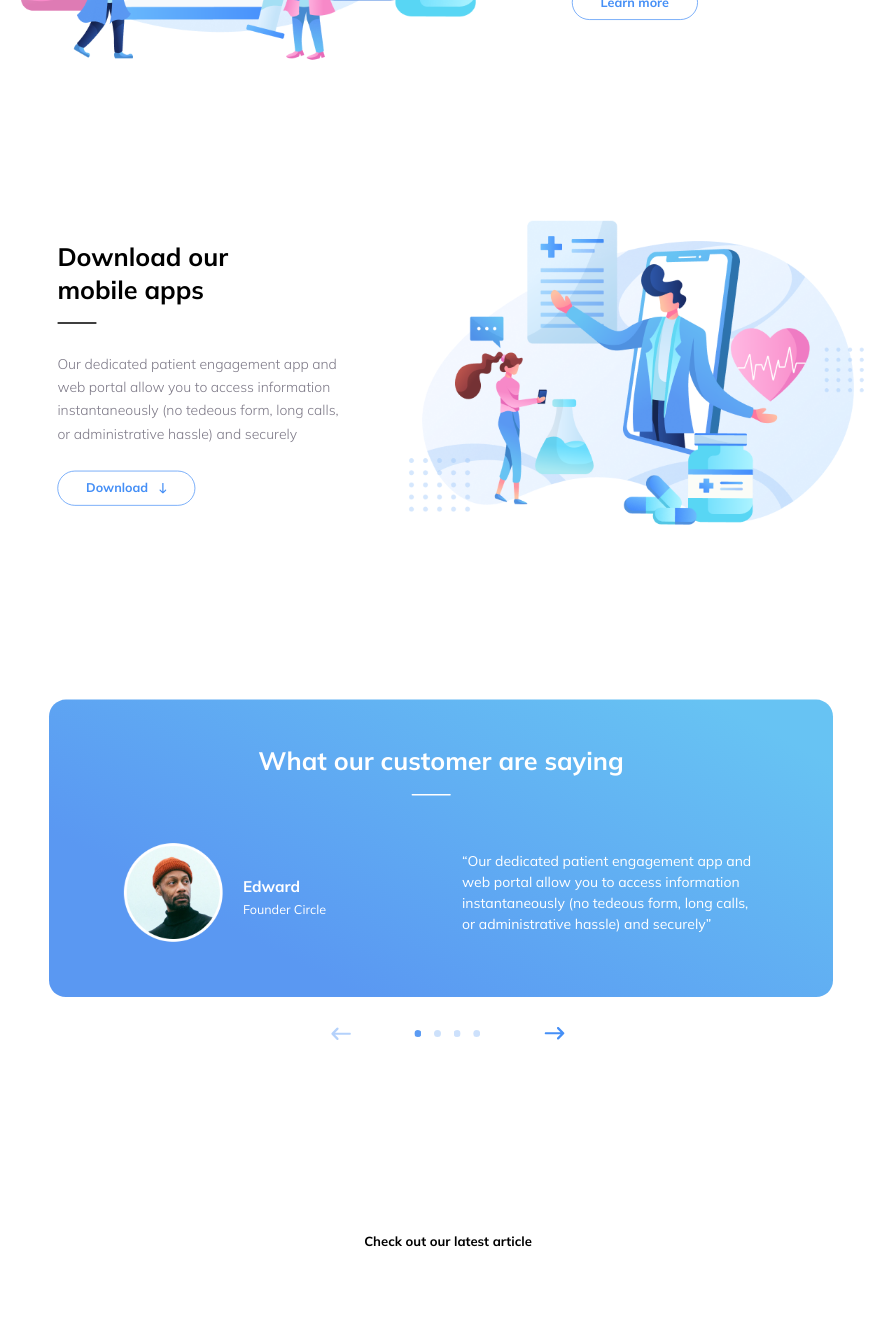
Repository: tungcutte35/Trafalgar
Page: index.html
An editor plug-in stored every save of this project. The page is shown before and after the next save, followed by the edit.
The browser window is 1280 px wide. The pictures show the part of the page from y = 2679 to 4599 px (the page is 4562 px tall before and 4599 px after), at 70% of full size.
The style sheet was rebuilt from its Sass, Less or Tailwind sources for each picture, by a compiler version that may differ from the author's.

Above is the page before, as saved 2021-10-19 15:49:28.

### index.html
<!DOCTYPE html>
<html lang="en">
<head>
  <meta charset="UTF-8">
  <meta http-equiv="X-UA-Compatible" content="IE=edge">
  <meta name="viewport" content="width=device-width, initial-scale=1.0">
  <title>Trafalgar</title>
  <link rel="stylesheet" href="./sass/css/app.css">
  <link rel="preconnect" href="https://fonts.googleapis.com">
  <link rel="preconnect" href="https://fonts.gstatic.com" crossorigin>
  <link href="https://fonts.googleapis.com/css2?family=Mulish:wght@300;400;700&display=swap" rel="stylesheet">
 <link rel="stylesheet" href="./font/fontawesome-free-5.15.4-web/css/all.min.css">
</head>
<body>
  <div class="wrapper">
    <header class="header">
    <div class="container">
      <div class="header-main">
        <img srcset="./Images/logo.png 2x" alt="" class="header-img">
        <ul class="menu">
          <li class="menu-item">
            <a href="#" class="menu-link menu-firsd">Home</a>
          </li>
          <li class="menu-item">
            <a href="#" class="menu-link">Find a doctor</a>
          </li>
          <li class="menu-item">
            <a href="#" class="menu-link">Apps</a>
          </li>
          <li class="menu-item">
            <a href="#" class="menu-link">Testimonials</a>
          </li>
          <li class="menu-item">
            <a href="#" class="menu-link">About us</a>
          </li>
          <li class="menu-log">
            <a href="#" class="button button--outline ">Login</a>
          </li>
          <li class="menu-log">
            <a href="#" class="button button--primary ">Logup</a>
          </li>
        </ul>
      </div>
    </div>
    </header>
    <section class="virtual">
      <div class="container">
        <div class="virtual-main">
          <div class="virtual-firsd">
            <h2 class="virtual-heading">Virtual
              for you</h2>
            <p class="text virtual-content">Trafalgar provides progressive, and affordable healthcare, accessible on mobile and online for everyone</p>
            <a href="#" class="button button--primary">Consult today</a>
          </div>
          <div class="virtual-img">
            <img srcset="./Images/img1.png 2x" alt="" class="virtual-imgs">
          </div>
        </div>
      </div>
    </section>
    <secction class="sevices">
      <div class="container">
        <div class="sevices-header">
          <h3 class="heading sevices-heading">Our services</h3>
          <p class="text sevices-content">We provide to you the best choiches for you. Adjust it to your health needs and make sure your undergo treatment with our highly qualified doctors you can consult with us which type of service is suitable for your health</p>
        </div>
        <div class="sevices-main">
          <div class="sevices-item">
            <div class="sevices-price">
            <img class="sevices-img" srcset="./Images/icon1.png 2x" alt="">
            </div>
            <h4 class="heading sevices-title">Search doctor</h4>
            <p class="text sevices-desc">Choose your doctor from thousands of specialist, general, and trusted hospitals</p>
          </div>
          <div class="sevices-item">
            <div class="sevices-price">
            <img class="sevices-img" srcset="./Images/icon2.png 2x" alt="">
            </div>
            <h4 class="heading sevices-title">Online pharmacy</h4>
            <p class="sevices-desc">Buy  your medicines with our mobile application with a simple delivery system</p>
          </div>
          <div class="sevices-item">
            <div class="sevices-price">
            <img class="text sevices-img" srcset="./Images/icon3.png 2x" alt="">
            </div>
            <h4 class="heading sevices-title">Consultation</h4>
            <p class="sevices-desc">Free consultation with our trusted doctors and get the best recomendations</p>
          </div>
          <div class="sevices-item">
            <div class="sevices-price">
            <img class="sevices-img" srcset="./Images/icon4.png 2x" alt="">
            </div>
            <h4 class="heading sevices-title">Details info</h4>
            <p class="text sevices-desc">Free consultation with our trusted doctors and get the best recomendations</p>
          </div>
          <div class="sevices-item">
            <div class="sevices-price">
            <img class="sevices-img" srcset="./Images/icon5.png 2x" alt="">
            </div>
            <h4 class="heading sevices-title">Emergency care</h4>
            <p class="text sevices-desc">You can get 24/7 urgent care for yourself or your children and your lovely family</p>
          </div>
          <div class="sevices-item">
            <div class="sevices-price">
            <img class="sevices-img" srcset="./Images/icon6.png 2x" alt="">
            </div>
            <h4 class="heading sevices-title">Tracking</h4>
            <p class="text sevices-desc">Track and save your medical history and health data </p>
          </div>
        </div>
        <a href="" class="button button--outline sevices-more">Learn more</a>
      </div>
    </secction>
    <section class="lead">
      <div class="container">
        <div class="lead-main">
          <div class="lead-img">
            <img srcset="./Images/img2.png 2x" alt="">
          </div>
          <div class="lead-firsd">
            <h3 class="heading lead-heading">
              Leading healthcare providers
            </h3>
          <div class="lead-title">
            <p class="text lead-content">
              Trafalgar provides progressive, and affordable healthcare, accessible on mobile and online for everyone. To us, it’s not just work. We take pride in the solutions we deliver
            </p>
          </div>
            <a href="#" class="button button--outline">Learn more</a>
          </div>


        </div>
      </div>
    </section>
    <section class="download">
      <div class="container">
        <div class="download-main">
          <div class="dowload-firds">
            <h3 class="heading download-heading">
              Download our mobile apps
            </h3>
            <p class="text download-content">
              Our dedicated patient engagement app and web portal allow you to access information instantaneously (no tedeous form, long calls, or administrative hassle) and securely
            </p>
            <a href="#" class="button button--outline">
              <span>Download</span>
              <img class="download-icon" src="./Images/Bottom.svg" alt="">
            </a>
          </div>
          <img srcset="./Images/img3.png 2x" alt="" class="download-img">
        </div>
      </div>
    </section>
    <section class="customer">
      <div class="container">
        <div class="customer-main">
          <div class="customer-firds">
            <h3 class="heading customer-heading">
              What our customer are saying
            </h3>
          </div>
          <div class="customer-seconds">
            <div class="customer-highlight">
              <img class="customer-img" srcset="./Images/avt.png 2x" alt="">
              <div class="customer-name">
                <p class="heading customer-name-firsd">Edward</p>
                <p class="customer-name-seconds">
                  Founder Circle
                </p>
              </div>
            </div>
            <div class="customer-contents">
              <p class="customer-content">
                “Our dedicated patient engagement app and web portal allow you to access information instantaneously (no tedeous form, long calls, or administrative hassle) and securely”
              </p>
            </div>
          </div>
        </div>
        <div class="customer-toolbar">
         <div class="customer-left">
          <img src="./Images/Left.svg " alt="" class="img-left">
         </div>
         <ul class="customer-list">
           <li class="customer-item">
             <img src="./Images/dots.svg " alt="">
           </li>
           <li class="customer-item">
            <img src="./Images/dots-opa.svg " alt="">
          </li>
          <li class="customer-item">
            <img src="./Images/dots-opa.svg " alt="">
          </li>
          <li class="customer-item">
            <img src="./Images/dots-opa.svg " alt="">
          </li>
         </ul>
         <div class="customer-right">
          <img src="./Images/Right.svg " alt="" class="img-left">
         </div>
        </div>
      </div>
    </section>
    <section class="checkout">
      <div class="container">
        <div class="checkout-main">
          <div class="checkout-header">
            <h3 class="checkout-heaing heading">Check out our latest article</h3>
          </div>
        </div>
      </div>
    </section>
  </div>
<!-- sass app.scss css/app.css --watch -->

</body>
</html>

### sass/app.scss
@import "reset";
@import "variables";
@import "global";
@import "header";
@import "./menu";
@import "./virtual";
@import "./sevices";
@import "./lead";
@import "./download";
@import "./customer";
@import "./checkout";

### sass/_variables.scss
$font: "Mulish", sans-serif;
$gray: #1f1534;
$heading-color: #000000;
$primary-color: #458ff6;
$footer-color: #fff;
$text-color: #7d7987;

### sass/_global.scss
.wrapper {
  max-width: 1600px;
  margin: 0 auto;
}
.container {
  max-width: 1260px;
  margin: 0 auto;
  padding: 0 20px;
}
body {
  font-family: $font;
  line-height: 1;
  font-size: 16px;
  color: $gray;
}
ul {
  list-style-type: none;
}
.button {
  display: inline-flex;
  justify-content: center;
  align-items: center;
  font-size: 18px;
  font-weight: 700;
  height: 50px;
  padding: 0 40px;
  border-radius: 55px;
  background-color: transparent;
  border: 0;
  outline: none;
  cursor: pointer;
  &--primary {
    color: #fff;
    background-color: $primary-color;
  }
  &--outline {
    color: $primary-color;
    border: 1.4px solid $primary-color;
  }
}
.heading {
  color: black;
  font-weight: 700;
}
.text {
  font-size: 18px;
  font-weight: 300;
  color: $text-color;
  line-height: calc(30 / 18);
}

### sass/_header.scss
.header {
  padding-top: 56px;
  margin-bottom: 70px;
  &-main {
    display: flex;
    justify-content: space-between;
    align-items: center;
  }
  &-log {
    display: flex;
    justify-content: space-between;
    align-items: center;
    gap: 0 40px;
  }
}

### sass/_menu.scss
.menu {
  display: flex;
  align-items: center;
  gap: 0 30px;
  &-link {
    color: #8f8a9a;
    font-size: 18px;
  }
  &-firsd {
    color: $gray;
    font-weight: 700;
  }
  &-link:after {
    display: block;
    content: "";
    border-bottom: solid 2px $primary-color;
    transform: scaleX(0);
    transition: transform 250ms ease-in-out;
  }
  &-link:hover:after {
    transform: scaleX(1);
  }
  &-link:hover {
    color: $primary-color;
  }
}

### sass/_virtual.scss
.virtual {
  margin-bottom: 175px;
  &-main {
    display: flex;
    justify-content: space-between;
    align-items: center;
  }
  &-firsd {
    width: 100%;
    max-width: 445px;
    padding-right: 2px;
  }
  &-heading {
    font-size: 48px;
    width: 100%;
    max-width: 197px;
    line-height: calc(56 / 48);
    margin-bottom: 25px;
  }
  &-content {
    font-size: 21px;
    font-weight: 300;
    line-height: calc(32 / 21);
    margin-bottom: 45px;
  }
}

### sass/_sevices.scss
.sevices {
  &-header {
    max-width: 952px;
    margin: 0 auto 35px;
    text-align: center;
  }
  &-heading {
    font-size: 36px;
    line-height: calc(56 / 36);
    position: relative;
    &::after {
      content: "";
      position: absolute;
      bottom: -23px;
      left: 47%;
      width: 56px;
      height: 2px;
      background-color: black;
    }
  }
  &-content {
    display: flex;
    align-items: center;
    justify-content: center;
    margin-top: 50px;
  }
  &-main {
    display: grid;
    grid-template-columns: repeat(3, 1fr);
    grid-gap: 37px 34px;
    max-width: 1120px;
    margin: 35px 40px;
    position: relative;
  }
  &-item {
    height: 350px;
    background-color: #fff;
    border-radius: 20px;
    box-shadow: 10px 40px 50px rgba(229, 233, 246, 0.4);
  }
  &-img {
    padding: 54px 0 23px 37px;
  }
  &-title {
    font-size: 24px;
    padding: 0 0 1px 38px;
  }
  &-desc {
    font-size: 16px;
    font-weight: 300;
    line-height: calc(28 / 16);
    max-width: 266px;
    margin-left: 38px;
  }
  &-price {
    height: 170px;
    width: auto;
  }
  &-more {
    margin: 125px 0 190px 0;
    margin-left: 42%;
  }
}

### sass/_lead.scss
.lead {
  margin-bottom: 230px;
  &-main {
    display: flex;
    justify-content: space-between;
    align-items: center;
    gap: 0 137px;
  }
  &-img {
    width: 100%;
    max-width: 650px;
  }
  &-firsd {
    max-width: 486px;
    margin-top: -30px;
  }
  &-heading {
    font-size: 36px;
    line-height: calc(56 / 36);
    margin-bottom: 60px;
    position: relative;

    &::after {
      content: "";
      position: absolute;
      width: 56px;
      height: 2px;
      bottom: -26px;
      left: 0;
      border-radius: 10px;
      background-color: black;
    }
  }
  &-content {
    max-width: 430px;
    height: auto;
    font-size: 20px;
    line-height: calc(30 / 18);
    margin-bottom: 37px;
  }
}

### sass/_download.scss
.download {
  margin-bottom: 250px;
  margin-left: 62px;
  &-main {
    display: flex;
    justify-content: space-between;
    align-items: center;
    gap: 0 71px;
    width: 100%;
    max-width: 1156px;
    position: relative;
  }
  &-firsd {
    max-width: 420px;
    padding-left: 145px;
  }
  &-heading {
    max-width: 254px;
    font-size: 36px;
    line-height: calc(47 / 36);
    padding-bottom: 66px;
    position: relative;
    &::after {
      content: "";
      position: absolute;
      width: 56px;
      height: 2px;
      bottom: 40px;
      left: 0;
      border-radius: 6px;
      background-color: black;
    }
  }
  &-content {
    max-width: 410px;
    font-size: 20px;
    line-height: calc(30 / 18);
    margin-bottom: 37px;
  }
  &-icon {
    padding-left: 15px;
  }
}

### sass/_customer.scss
.customer {
  margin-bottom: 278px;
  &-main {
    max-width: 1120px;
    margin-left: 40px;
    background: linear-gradient(208.18deg, #67c3f3 9.05%, #5a98f2 76.74%);
    border-radius: 24px;
    margin-bottom: 42px;
  }
  &-firds {
    display: flex;
    align-items: center;
    justify-content: center;
  }
  &-heading {
    max-width: 522px;
    font-size: 36px;
    color: white;
    line-height: calc(48 / 36);
    margin-top: 64px;
    position: relative;
    margin-bottom: 93px;
    &::after {
      content: "";
      position: absolute;
      bottom: -25px;
      left: 42%;
      width: 56px;
      height: 2px;
      background-color: white;
      border-radius: 6px;
    }
  }
  &-seconds {
    display: flex;
    justify-content: space-between;
    align-items: center;
    gap: 0 175px;
    margin-left: 192px;
  }
  &-img {
    max-width: 141px;
    height: 141px;
  }
  &-highlight {
    max-width: 119px;
    display: flex;
    align-items: center;
    justify-content: center;
    gap: 0 29px;
    margin-bottom: 79px;
  }

  &-name-firsd {
    font-size: 22px;
    line-height: calc(48 / 22);
    color: white;
  }
  &-name-seconds {
    font-size: 18px;
    font: 400px;
    color: white;
    width: 119px;
  }
  &-content {
    width: 100%;
    max-width: 420px;
    font-size: 20px;
    line-height: calc(30 / 20);
    color: white;
    margin-bottom: 79px;
    margin-right: 110px;
  }
  &-toolbar {
    display: flex;
    align-items: center;
    justify-content: center;
    gap: 0 90px;
  }
  &-list {
    display: flex;
    align-items: center;
    gap: 0 18px;
  }
  &-item {
    height: 10px;
    width: 10px;
  }
  &-left {
    opacity: 0.4;
  }
}

### sass/_checkout.scss
.checkout {
  margin-bottom: 100px;
  &-main {
  }
  &-header {
    text-align: center;
  }
  &-heading {
    font-size: 36px;
    line-height: calc(56 / 36);
  }
}

Loaded but not shown: font/fontawesome-free-5.15.4-web/css/all.min.css (library); sass/_reset.scss (common file)

After the next save:
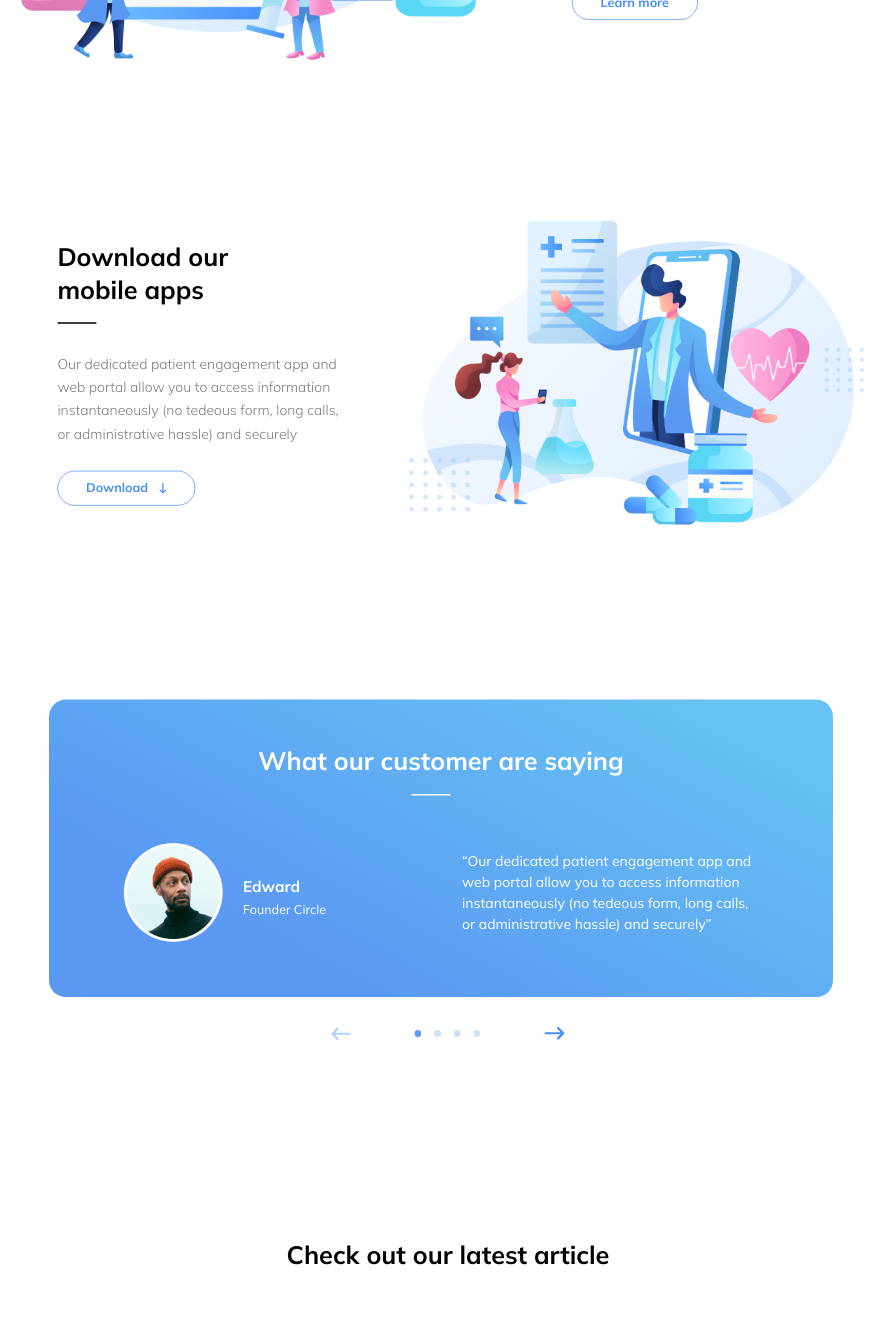
Saved 8 s later.
--- a/index.html
+++ b/index.html
@@ -205,7 +205,7 @@
       <div class="container">
         <div class="checkout-main">
           <div class="checkout-header">
-            <h3 class="checkout-heaing heading">Check out our latest article</h3>
+            <h3 class="checkout-heading heading">Check out our latest article</h3>
           </div>
         </div>
       </div>
